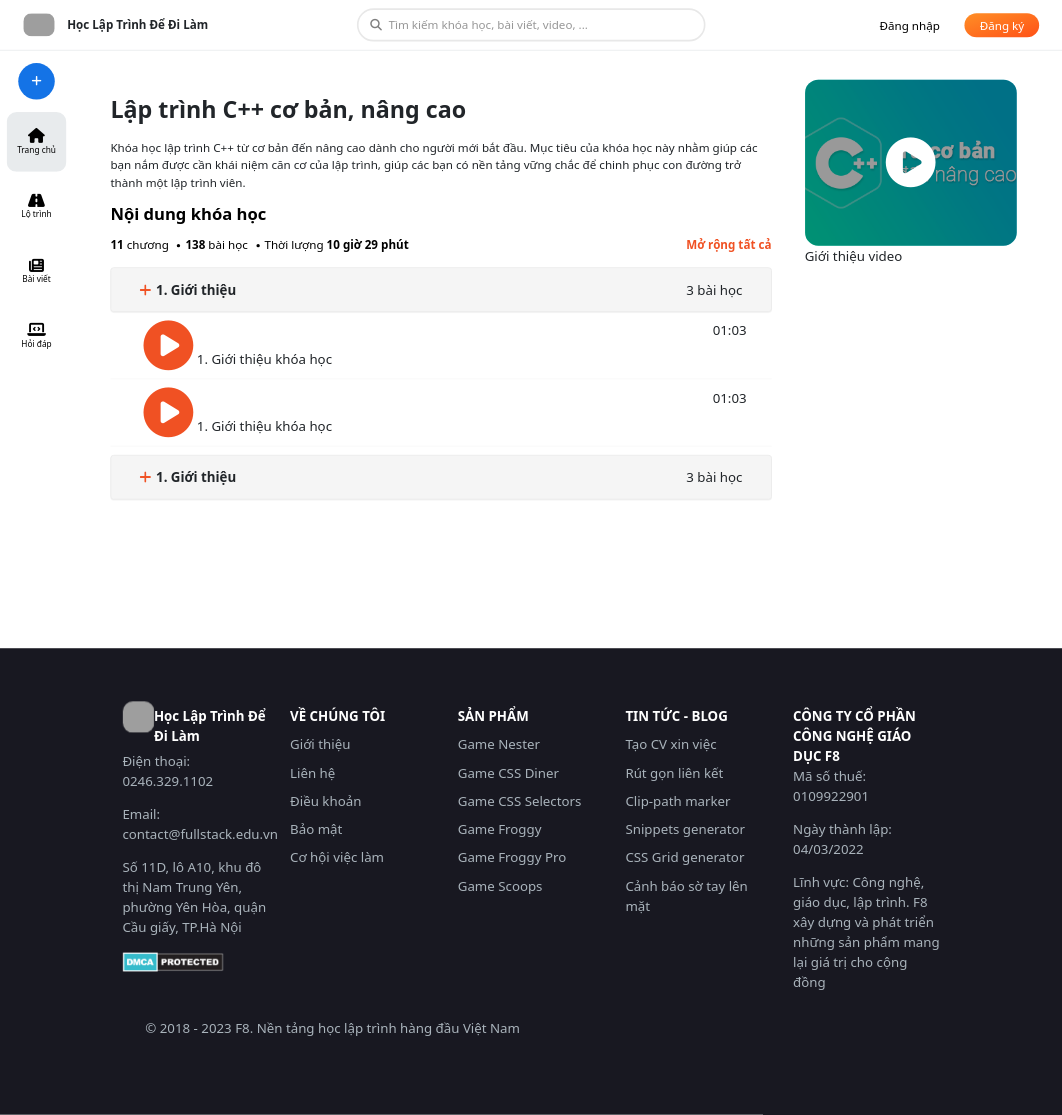
Repository: Quoc-Thang/projectasm
Page: introcourse.html
These files come from the project's save history. The page is drawn as it stood at one moment and after the next save; the edit follows.
The browser window is 1280 px wide. The pictures show the whole page, at 83% of full size.
Pictures or frames that could not be fetched are drawn as grey boxes. Some web libraries are served in a nearby version.

Above is the page before, as saved 2023-11-30 22:42:35.

### introcourse.html
<!DOCTYPE html>
<html lang="vi">
  <head>
    <meta charset="UTF-8" />
    <meta name="viewport" content="width=device-width, initial-scale=1.0" />
    <title>F8 - Học lập trình để đi làm</title>
    <!-- Preconnect -->
    <link rel="preconnect" href="https://unpkg.com/aos@2.3.1" />
    <link
      rel="preconnect"
      href="https://cdn.jsdelivr.net/npm/bootstrap@5.3.2" />
    <link rel="preconnect" href="https://kit.fontawesome.com" />
    <link rel="preconnect" href="https://fonts.googleapis.com" />
    <link rel="preconnect" href="https://fonts.gstatic.com" crossorigin />

    <!-- AOS -->
    <link href="https://unpkg.com/aos@2.3.1/dist/aos.css" rel="stylesheet" />

    <!-- Bootstrap -->
    <link
      href="https://cdn.jsdelivr.net/npm/bootstrap@5.3.2/dist/css/bootstrap.min.css"
      rel="stylesheet"
      integrity="sha384-T3c6CoIi6uLrA9TneNEoa7RxnatzjcDSCmG1MXxSR1GAsXEV/Dwwykc2MPK8M2HN"
      crossorigin="anonymous" />

    <!-- Google Fonts -->
    <link
      href="https://fonts.googleapis.com/css2?family=Poppins:wght@100;200;300;400&family=Roboto:wght@100;300;400&display=swap"
      rel="stylesheet" />

    <!-- CSS -->
    <link rel="stylesheet" href="./view/assets/css/reset.css" />
    <link rel="stylesheet" href="./view/assets/css/synthetic.css" />
    <link rel="stylesheet" href="./view/assets/css/header.css" />
    <link rel="stylesheet" href="./view/assets/css/nav.css" />
    <link rel="stylesheet" href="./view/assets/css/slider.css" />
    <link rel="stylesheet" href="./view/assets/css/wrappercontent.css" />
    <link rel="stylesheet" href="./view/assets/css/footer.css" />
    <link rel="stylesheet" href="./view/assets/css/introcourse.css">
  </head>

  <body>
    <!-- Content -->
    <div id="wrapper">
      <!-- Header -->
      <header>
        <div class="row wrap-header">
          <!-- Logo Website -->
          <div class="col-4">
            <div class="logo">
              <a href="/">
                <img src="./view/assets/image/Logo.png" alt="Logo Website" />
              </a>
              <h4 class="logoTxt">Học Lập Trình Để Đi Làm</h4>
            </div>
          </div>

          <!-- Search -->
          <div class="col-4">
            <div class="form-search">
              <form action="" method="post">
                <div class="form">
                  <button type="submit">
                    <i class="fa-solid fa-magnifying-glass"></i>
                  </button>
                  <input
                    type="search"
                    placeholder="Tìm kiếm khóa học, bài viết, video, ..."
                    name="searchTxt"
                    id="search-input"
                    autocomplete="off"
                    />
                </div>
              </form>
              <div class="card-search">
                <div class="heading-card-search">
                  <i class="fa-solid fa-magnifying-glass"></i>
                  <span>Kết quả tìm kiếm cho:</span>
                </div>
                <div class="content-card-search">
                  <div class="title-content">
                    <h2>
                      Khóa học
                    </h2>
                    <a href="#">
                      Xem thêm
                    </a>
                  </div>
                  <ul class="main-content" id="apiData">
                    <li>
                      <a href="#">
                        <img src="./view/assets/image/htmlcsszerohero.png" alt="Image course">
                        <span>
                          HTML, CSS từ cơ bản đến nâng cao
                        </span>
                      </a>
                    </li>
                    <li>
                      <a href="#">
                        <img src="./view/assets/image/htmlcsspro.png" alt="Image course">
                        <span>
                          HTML, CSS Pro
                        </span>
                      </a>
                    </li>
                    <li>
                      <a href="#">
                        <img src="./view/assets/image/sass.png" alt="Image course">
                        <span>
                          Ngôn ngữ tiền xử lý sass
                        </span>
                      </a>
                    </li>
                  </ul>
                </div>
              </div>
            </div>
          </div>

          <!-- Account -->
          <div class="col-4">
            <div class="account">
              <div class="login">
                <a class="openLogin" href="javascript:void(0)"> Đăng nhập </a>
              </div>
              <div class="signup">
                <a class="openSignup" href="javascript:void(0)"> Đăng ký </a>
              </div>
            </div>
          </div>
        </div>
      </header>

      <main id="main-content">
        <!-- Sidebar -->
        <nav class="menu-sidebar">
          <div class="sidebar">
            <div id="news-post" onclick="newsPost()">
              <a id="rotate" href="javascript:void(0)">
                <i class="fa-solid fa-plus"></i>
              </a>
              <span id="model-news">Thêm tin tức mới</span>
            </div>
            <ul>
              <li>
                <a class="menu-sidebar active" href="#">
                  <i class="fa-solid fa-house"></i>
                  <span class="txt-menu"> Trang chủ </span>
                </a>
              </li>
              <li>
                <a class="menu-sidebar" href="#">
                  <i class="fa-solid fa-road"></i>
                  <span class="txt-menu"> Lộ trình </span></a
                >
              </li>
              <li>
                <a class="menu-sidebar" href="#">
                  <i class="fa-solid fa-newspaper"></i>
                  <span class="txt-menu"> Bài viết </span></a
                >
              </li>
              <li>
                <a class="menu-sidebar" href="#">
                  <i class="fa-solid fa-laptop-code"></i>
                  <span class="txt-menu"> Hỏi đáp </span></a
                >
              </li>
            </ul>
          </div>
        </nav>

        <!-- Article -->
        <article id="main">

          <!-- Wrapper Content Main -->
          <div class="wrapper-content">
            <div class="intro-course">
              <div class="content-course">
                <div class="heading-course">
                  <h1 class="title-heading-course">
                    Lập trình C++ cơ bản, nâng cao
                  </h1>
                  <p class="desc-course">
                    Khóa học lập trình C++ từ cơ bản đến nâng cao dành cho người mới bắt đầu. Mục tiêu của khóa học này nhằm giúp các bạn nắm được cần khái niệm căn cơ của lập trình, giúp các bạn có nền tảng vững chắc để chinh phục con đường trở thành một lập trình viên.
                  </p>
                </div>
                <div class="main-content-course">
                  <div class="content-course-top">
                    <h2 class="title-course">
                      Nội dung khóa học
                    </h2>
                    <div class="desc-content-course">
                      <ul>
                        <li>
                          <a href="#">
                            <strong>
                              11
                            </strong>
                            chương
                          </a>
                        </li>
                        <li>
                          <a href="#">
                            <strong>
                              138
                            </strong>
                            bài học
                          </a>
                        </li>
                        <li>
                          <a href="#">
                            Thời lượng
                            <strong>
                              10 giờ 29 phút
                            </strong>
                          </a>
                        </li>
                      </ul>
                      <a class="read-more" href="#">
                        Mở rộng tất cả
                      </a>
                    </div>
                  </div>

                    <div class="list-panels-course">
                      <div class="list-panel-course">
                        <div class="panel-left">
                          <div class="icon-panel">
                              <i class="fa-solid fa-plus" style="color: #f05123;"></i>
                              <i class="fa-solid fa-minus" style="color: #f05123;"></i>
                          </div>
                          <span>
                            1. Giới thiệu
                          </span>
                        </div>
                        <div class="panel-right">
                          <span>
                            3 bài học
                          </soan>
                        </div>
                      </div>

                      <!-- List tab panel -->
                      <div class="list-tab-panel">
                        <!-- Tab panel -->
                        <div class="tab-panel">
                          <span class="desc-panel">
                            <i class="fa-solid fa-circle-play" style="color: #f05123;"></i>
                            1. Giới thiệu khóa học
                          </span>
                          <span class="desc-time">
                            01:03
                          </span>
                        </div>

                        <div class="tab-panel">
                          <span class="desc-panel">
                            <i class="fa-solid fa-circle-play" style="color: #f05123;"></i>
                            1. Giới thiệu khóa học
                          </span>
                          <span class="desc-time">
                            01:03
                          </span>
                        </div>
                      </div>
                    </div>

                    <div class="list-panels-course">
                      <div class="list-panel-course">
                        <div class="panel-left">
                          <div class="icon-panel">
                              <i class="fa-solid fa-plus" style="color: #f05123;"></i>
                              <i class="fa-solid fa-minus" style="color: #f05123;"></i>
                          </div>
                          <span>
                            1. Giới thiệu
                          </span>
                        </div>
                        <div class="panel-right">
                          <span>
                            3 bài học
                          </soan>
                        </div>
                      </div>
                    <!-- List tab panel -->
                    <div class="list-tab-panel">
                      <!-- Tab panel -->
                      <div class="tab-panel">
                        <span class="desc-panel">
                          <i class="fa-solid fa-circle-play" style="color: #f05123;"></i>
                          1. Giới thiệu khóa học
                        </span>
                        <span class="desc-time">
                          01:03
                        </span>
                      </div>

                      <div class="tab-panel">
                        <span class="desc-panel">
                          <i class="fa-solid fa-circle-play" style="color: #f05123;"></i>
                          1. Giới thiệu khóa học
                        </span>
                        <span class="desc-time">
                          01:03
                        </span>
                      </div>
                    </div>
                  </div>
                </div>
              </div>
              <div class="intro-video-course">
                <div class="first-intro-video-course">
                  <div class="img-video-course">
                    <div class="icon-play">
                      <i class="fa-solid fa-circle-play" style="color: #fff;"></i>
                    </div>
                  </div>
                  <p class="see-intro-course">Giới thiệu video</p>
                </div>
                <div class="second-intro-video-course"></div>
              </div>
            </div>
          </div>
        </article>
      </main>

      <!-- Footer -->
      <footer>
        <div class="content-footer">
          <!-- Footer top -->
          <div class="footer-top">
            <!-- Slogan -->
            <div class="slogan content-column-footer">
              <div class="footer-slogan title-footer">
                <figure>
                  <img src="./view/assets/image/Logo.png" alt="Logo Website" />
                </figure>
                <figcaption>
                  <span class="txt-slogan"> Học lập trình để đi làm </span>
                </figcaption>
              </div>
              <div class="footer-contact-list">
                <ul>
                  <li>
                    <p>Điện thoại: 0246.329.1102</p>
                  </li>
                  <li>
                    <p>Email: contact@fullstack.edu.vn</p>
                  </li>
                  <li>
                    <p>
                      Số 11D, lô A10, khu đô thị Nam Trung Yên, phường Yên Hòa,
                      quận Cầu giấy, TP.Hà Nội
                    </p>
                  </li>
                </ul>
              </div>
              <div class="footer-protect">
                <figure>
                  <a href="#">
                    <img
                      src="./view/assets/image/dmca.png"
                      alt="DMCA Protect" />
                  </a>
                </figure>
              </div>
            </div>

            <!-- About us -->
            <div class="about content-column-footer">
              <div class="title-footer about-us">
                <span>Về chúng tôi</span>
              </div>
              <nav class="list-about">
                <ul>
                  <li><a href="#">Giới thiệu</a></li>
                  <li><a href="#">Liên hệ</a></li>
                  <li><a href="#">Điều khoản</a></li>
                  <li><a href="#">Bảo mật</a></li>
                  <li><a href="#">Cơ hội việc làm</a></li>
                </ul>
              </nav>
            </div>

            <!-- Products -->
            <div class="product content-column-footer">
              <div class="title-footer product-type">
                <span>Sản phẩm</span>
              </div>
              <nav class="list-product">
                <ul>
                  <li><a href="#">Game Nester</a></li>
                  <li><a href="#">Game CSS Diner</a></li>
                  <li><a href="#">Game CSS Selectors</a></li>
                  <li><a href="#">Game Froggy</a></li>
                  <li><a href="#">Game Froggy Pro</a></li>
                  <li><a href="#">Game Scoops</a></li>
                </ul>
              </nav>
            </div>

            <!-- Tools -->
            <div class="tools content-column-footer">
              <div class="title-footer tools-type">
                <span>Tin tức - Blog</span>
              </div>
              <nav class="list-tools">
                <ul>
                  <li><a href="#">Tạo CV xin việc</a></li>
                  <li><a href="#">Rút gọn liên kết</a></li>
                  <li><a href="#">Clip-path marker</a></li>
                  <li><a href="#">Snippets generator</a></li>
                  <li><a href="#">CSS Grid generator</a></li>
                  <li><a href="#">Cảnh báo sờ tay lên mặt</a></li>
                </ul>
              </nav>
            </div>

            <!-- Company -->
            <div class="company content-column-footer">
              <div class="title-footer company-type">
                <span>Công ty cổ phần công nghệ giáo dục F8</span>
              </div>
              <nav class="list-company">
                <ul>
                  <li>
                    <p href="#">Mã số thuế: <span>0109922901</span></p>
                  </li>
                  <li>
                    <p href="#">Ngày thành lập: <span>04/03/2022</span></p>
                  </li>
                  <li>
                    <p href="#">
                      Lĩnh vực:
                      <span
                        >Công nghệ, giáo dục, lập trình. F8 xây dựng và phát
                        triển những sản phẩm mang lại giá trị cho cộng đồng
                      </span>
                    </p>
                  </li>
                </ul>
              </nav>
            </div>
          </div>

          <!-- Footer bottom -->
          <div class="footer-bottom">
            <div class="copyright">
              <p>© 2018 - 2023 F8. Nền tảng học lập trình hàng đầu Việt Nam</p>
            </div>
            <div class="social-media">
              <!-- <img src="/images/icons/facebook.svg" alt="" />
              <img src="/images/icons/instagram.svg" alt="" />
              <img src="/images/icons/twitter.svg" alt="" />
              <img src="/images/icons/linkedin.svg" alt="" /> -->
            </div>
          </div>
          </div>
        </div>
      </footer>
    </div>
    <!-- Javascript -->
    <script src="./view/assets/javascript/sidebar.js"></script>
    <script src="./view/assets/javascript/introcourse.js"></script>
    <script src="./view/assets/javascript/formsearch.js"></script>
    <script src="./view/assets/javascript/formlogin.js"></script>
    <script src="./view/assets/javascript/formsignup.js"></script>

    <!-- Font Awesome -->
    <script
      src="https://kit.fontawesome.com/3e006365dd.js"
      crossorigin="anonymous"></script>

    <!-- Bootstrap -->
    <script
      src="https://cdn.jsdelivr.net/npm/bootstrap@5.3.2/dist/js/bootstrap.bundle.min.js"
      integrity="sha384-C6RzsynM9kWDrMNeT87bh95OGNyZPhcTNXj1NW7RuBCsyN/o0jlpcV8Qyq46cDfL"
      crossorigin="anonymous"></script>

    <!-- AOS -->
    <script src="https://unpkg.com/aos@2.3.1/dist/aos.js"></script>
    <script>
      AOS.init();
    </script>
  </body>
</html>

### view/assets/css/synthetic.css
:root {
  --system-ui: system-ui, "Segoe UI", Roboto, Helvetica, Arial, sans-serif,
    "Apple Color Emoji", "Segoe UI Emoji", "Segoe UI Symbol";
  --font-code: "SF Mono", monospace;
}

html,
body {
  min-height: 100% !important;
  height: 100%;
}

body {
  font-family: var(--system-ui);
  scroll-behavior: smooth;
  overflow-x: hidden;
}

main {
  display: flex;
}

#main {
  display: flex;
  flex-direction: column;
}

article {
  display: flex;
  min-width: 100vh;
}

#wrapper {
  width: 100%;
}

/* width */
::-webkit-scrollbar {
  width: 8px;
}

/* Track */
::-webkit-scrollbar-track {
  box-shadow: inset 0 0 5px grey;
  /* border-radius: 8px; */
}

/* Handle */
::-webkit-scrollbar-thumb {
  background: #a9a9a9;
  border-radius: 4px;
}

/* Handle on hover */
::-webkit-scrollbar-thumb:hover {
  background: #a9a9a9;
}

ul {
  list-style-type: none;
  margin: 0;
  padding: 0;
}

a {
  text-decoration: none;
}

### view/assets/css/introcourse.css
:root {
  --primary-color: #f05123;
  --background-color: #fff;
  --border-bottom: #e8ebed;
  --border-color: #1473e6;
  --background-hover: #f5f5f5;
  --border: #e8e8e8;
  --color-txt: #000;
  --background-color-menu: #f0f0f0;
}

.intro-course {
  display: flex;
  flex-direction: row;
}

.content-course {
  padding: 0 30px 0 0;
  width: 75%;
}

.title-heading-course {
  font-weight: 700;
  font-size: 28px;
}

.desc-course {
  font-size: 14px;
}

.list-panels-course {
  margin-bottom: 10px;
}

.title-course {
  font-size: 20px;
  font-weight: 700;
}

.desc-content-course {
  display: flex;
  gap: 20px;
  align-items: center;
  justify-content: space-between;
  margin-bottom: 16px;
}

.desc-content-course ul {
  display: flex;
  gap: 20px;
}

.desc-content-course ul li {
  position: relative;
}

.desc-content-course ul li:not(:last-child):after {
  content: "";
  position: absolute;
  border-radius: 50%;
  height: 4px;
  width: 4px;
  background-color: var(--color-txt);
  top: 50%;
  margin-left: 10px;
}

.desc-content-course a {
  color: var(--color-txt);
  font-size: 14px;
}

.read-more {
  color: var(--primary-color) !important;
  font-weight: 600;
  margin-right: 0;
}

.list-panel-course,
.panel-left {
  display: flex;
  gap: 20px;
  cursor: pointer;
}

.panel-left span {
  font-weight: 600;
}

.list-panel-course {
  justify-content: space-between;
  background-color: var(--background-hover);
  padding: 14px 34px;
  border-radius: 4px;
  box-shadow: 0 1px 1px rgba(0, 0, 0, 0.05);
  border: 1px solid #ebebeb;
  position: sticky;
  top: 0;
}

.icon-panel {
  position: relative;
}

.fa-plus,
.fa-minus {
  position: absolute;
  top: 50%;
  transform: translateY(-50%);
}

.list-tab-panel {
  width: 100%;
  height: 100%;
  /* display: flex; */
  /* flex-direction: column; */
  display: none;
}

.tab-panel {
  display: flex;
  justify-content: space-between;
  border: 1px solid #00000008;
  border-right: 0;
  border-top: 0;
  border-left: 0;
  padding: 10px 30px 10px 40px;
}

.fa-play {
  background-color: var(--primary-color);
  height: 14px;
  width: 14px;
  border-radius: 50%;
}

.play-video {
  font-size: 60px;
}

.intro-video-course {
  width: 25%;
  display: flex;
  justify-content: center;
}

.first-intro-video-course {
  width: calc(100% - 20px);
}

.img-video-course {
  background-image: url("/view/assets/image/cppcobannangcao.png");
  background-position: center;
  background-origin: content-box;
  background-size: cover;
  background-repeat: no-repeat;
  width: 100%;
  height: 200px;
  display: flex;
  justify-content: center;
  align-items: center;
  border-radius: 16px;
}

.icon-play {
  background-color: rgba(0, 0, 0, 0.4);
  height: 100%;
  width: 100%;
  display: flex;
  justify-content: center;
  align-items: center;
  border-radius: 16px;
}

.fa-circle-play {
  font-size: 60px;
}

Loaded but not shown: view/assets/css/reset.css (common file); view/assets/javascript/formsignup.js (252 lines, source omitted); view/assets/javascript/formlogin.js (244 lines, source omitted); view/assets/javascript/introcourse.js (40 lines, source omitted); view/assets/javascript/sidebar.js (29 lines, source omitted); view/assets/javascript/formsearch.js (20 lines, source omitted); view/assets/css/slider.css (230 lines, source omitted); view/assets/css/wrappercontent.css (239 lines, source omitted); view/assets/css/nav.css (142 lines, source omitted); view/assets/css/header.css (164 lines, source omitted); view/assets/css/footer.css (90 lines, source omitted)

After the next save:
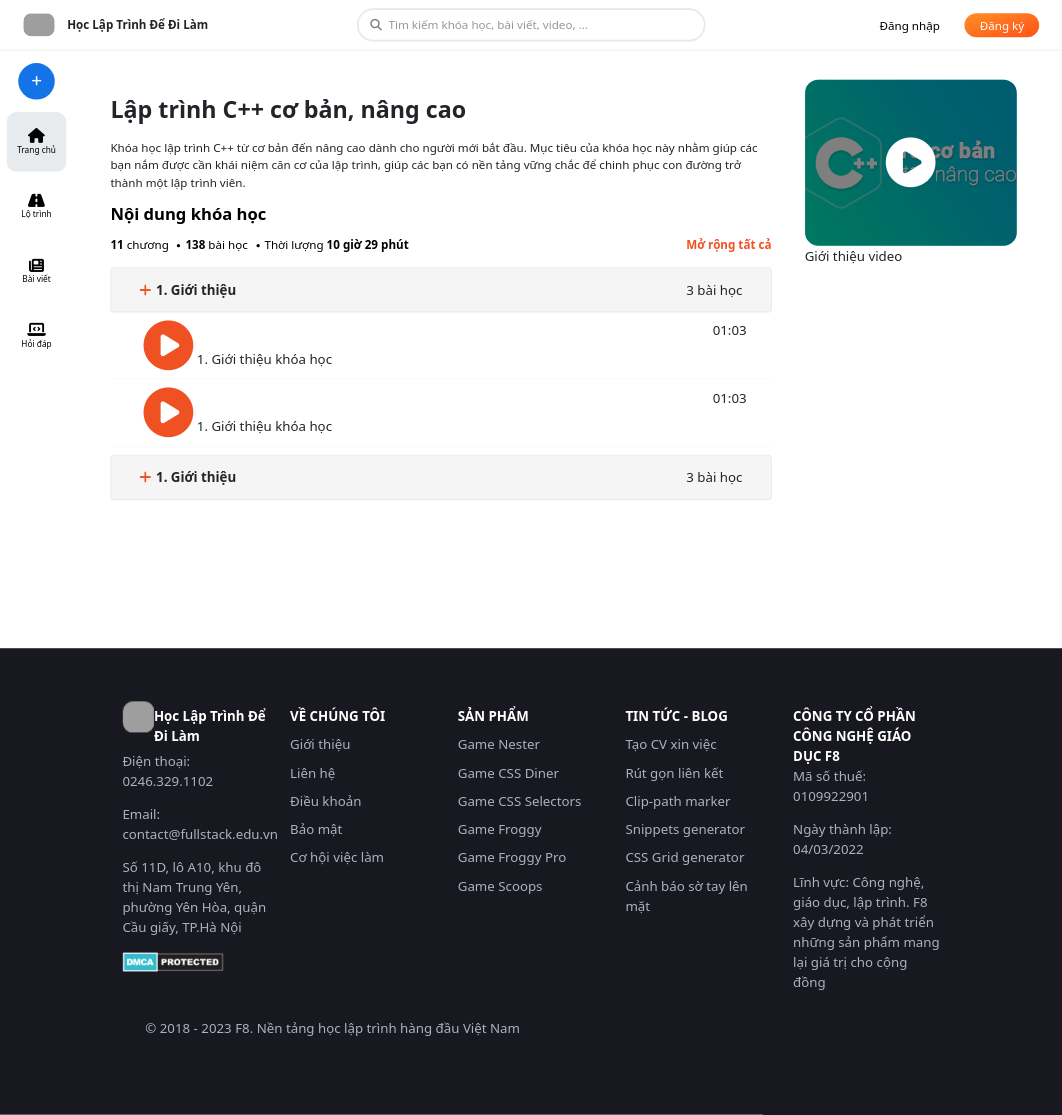
Saved 9 s later.
--- a/view/assets/css/introcourse.css
+++ b/view/assets/css/introcourse.css
@@ -163,7 +163,7 @@
 }
 
 .icon-play {
-  background-color: rgba(0, 0, 0, 0.4);
+  background-color: rgba(0, 0, 0, 0.5);
   height: 100%;
   width: 100%;
   display: flex;
